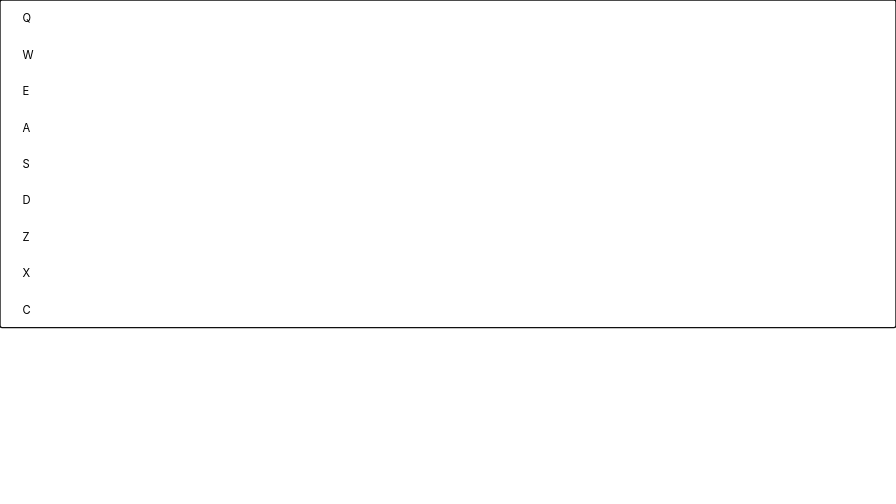
Repository: milac0/drum-machine
Page: /
The author's editor kept a copy of each file at every save. The page is drawn from the files as they stood at one save, then again after the next save.
The browser window is 1280 px wide. The pictures show the part of the page from y = 0 to 1920 px (the page is 720 px tall before and 3060 px after), at 70% of full size.
The project was rebuilt for these pictures with package versions that can differ from the ones it lists, and the page was loaded fresh each time.

Above is the page before, as saved 2019-10-25 17:18:04.

### public/index.html
<!DOCTYPE html>
<html lang="en">
  <head>
    <meta charset="utf-8" />
    <link rel="shortcut icon" href="%PUBLIC_URL%/favicon.ico" />
    <meta name="viewport" content="width=device-width, initial-scale=1" />
    <meta name="theme-color" content="#000000" />
    <!--
      manifest.json provides metadata used when your web app is installed on a
      user's mobile device or desktop. See https://developers.google.com/web/fundamentals/web-app-manifest/
    -->
    <link rel="manifest" href="%PUBLIC_URL%/manifest.json" />
    <!--
      Notice the use of %PUBLIC_URL% in the tags above.
      It will be replaced with the URL of the `public` folder during the build.
      Only files inside the `public` folder can be referenced from the HTML.

      Unlike "/favicon.ico" or "favicon.ico", "%PUBLIC_URL%/favicon.ico" will
      work correctly both with client-side routing and a non-root public URL.
      Learn how to configure a non-root public URL by running `npm run build`.
    -->
    <title>Drum Machine</title>
  </head>
  <body>
    <noscript>You need to enable JavaScript to run this app.</noscript>
    <div id="root"></div>
    <!--
      This HTML file is a template.
      If you open it directly in the browser, you will see an empty page.

      You can add webfonts, meta tags, or analytics to this file.
      The build step will place the bundled scripts into the <body> tag.

      To begin the development, run `npm start` or `yarn start`.
      To create a production bundle, use `npm run build` or `yarn build`.
    -->
    <script src="https://cdn.freecodecamp.org/testable-projects-fcc/v1/bundle.js"></script>
  </body>
</html>

### src/index.css
html {
  height: 100%;
}

body {
  margin: 0;
  padding: 0;
  height: 100%;
  min-height: 100%;
  width: 100%;
  font-family: -apple-system, BlinkMacSystemFont, "Segoe UI", "Roboto", "Oxygen",
    "Ubuntu", "Cantarell", "Fira Sans", "Droid Sans", "Helvetica Neue",
    sans-serif;
  -webkit-font-smoothing: antialiased;
  -moz-osx-font-smoothing: grayscale;
}
#root{
  height: 100%;
}
code {
  font-family: source-code-pro, Menlo, Monaco, Consolas, "Courier New",
    monospace;
}

### src/App.js
import React, { Fragment } from "react";
import "./App.css";
import DrumPad from "./Components/DrumPad";

class App extends React.Component {
  constructor(props) {
    super(props);
    this.references = {};
    this.state = { display: "" };
    this.keyPressRef = React.createRef();
    this.handleClick = this.handleClick.bind(this);
    this.handleKeyDown = this.handleKeyDown.bind(this);
    this.getOrCreateRef = this.getOrCreateRef.bind(this);
    this.setDisplay = this.setDisplay.bind(this);
  }

  componentDidMount() {
    this.keyPressRef.current.focus();
  }

  handleClick = id => {
    // console.log(this.references[id].current);
    this.references[id].current.play();
    this.references[id].current.currentTime = 0;
    this.setDisplay(id);
  };

  handleKeyDown = e => {
    if (this.references.hasOwnProperty(e.key.toUpperCase())) {
      this.references[e.key.toUpperCase()].current.play();
      this.references[e.key.toUpperCase()].current.currentTime = 0;
    }
    this.setDisplay(e.key.toUpperCase());
  };

  setDisplay(id) {
    let display;
    try {
      display = drums.filter(elem => elem.id === id)[0].text;
    } catch {
      display = this.state.display;
    }
    console.log(display);
    this.setState({ display });
  }

  getOrCreateRef(id) {
    if (!this.references.hasOwnProperty(id)) {
      return (this.references[id] = React.createRef());
    } else return this.references[id];
  }

  render() {
    return (
      <Fragment>
      <div
        id="drum-machine"
        ref={this.keyPressRef}
        onKeyDown={this.handleKeyDown}
        tabIndex="0"
      >


        {/* <div id="drum-pads"> */}
          {drums.map((elem, i) => (
            <DrumPad
              name={elem.text}
              ref={this.getOrCreateRef(elem.id)}
              clickHandler={this.handleClick}
              id={elem.id}
              src={elem.src}
              key={i}
            />
          ))}
        {/* </div> */}
      </div>
      <p id="display">{this.state.display}</p>
      </Fragment>
    );
  }
}

const drums = [
  {
    id: "Q",
    text: "hit the nail",
    src:
      "https://sampleswap.org/samples-ghost/DRUMS%20(SINGLE%20HITS)/Kicks/16[kb]808bd.aif.mp3"
  },
  {
    id: "W",
    text: "badong",
    src:
      "https://sampleswap.org/samples-ghost/DRUMS%20(SINGLE%20HITS)/Kicks/152[kb]808bd3.aif.mp3"
  },
  {
    id: "E",
    text: "stop kick",
    src:
      "https://sampleswap.org/samples-ghost/DRUMS%20(SINGLE%20HITS)/Kicks/15[kb]808bd2.aif.mp3"
  },
  {
    id: "A",
    text: "pang",
    src:
      "https://sampleswap.org/samples-ghost/DRUMS%20(SINGLE%20HITS)/Kicks/152[kb]808distbd.aif.mp3"
  },
  {
    id: "S",
    text: "boing",
    src:
      "https://sampleswap.org/samples-ghost/DRUMS%20(SINGLE%20HITS)/Kicks/67[kb]808sub.aif.mp3"
  },
  {
    id: "D",
    text: "absolute insane kikdrum",
    src:
      "https://sampleswap.org/samples-ghost/DRUMS%20(SINGLE%20HITS)/Kicks/69[kb]absolutely-insane-kikdrum.wav.mp3"
  },
  {
    id: "Z",
    text: "absurdistan kick",
    src:
      "https://sampleswap.org/samples-ghost/DRUMS%20(SINGLE%20HITS)/Kicks/34[kb]absurdistan-kick.wav.mp3"
  },
  {
    id: "X",
    text: "backwards in crash",
    src:
      "https://sampleswap.org/samples-ghost/DRUMS%20(SINGLE%20HITS)/Gongs%20and%20Super%20Crashes/61[kb]backwards-in-crash.aif.mp3"
  },
  {
    id: "C",
    text: "cymbals",
    src:
      "https://sampleswap.org/samples-ghost/DRUMS%20(SINGLE%20HITS)/Cymbals/100[kb]curiouscym1.aif.mp3"
  }
];

export default App;

### src/App.css
/* #drum-pads {
  max-width: 40%;
  height: auto;
  margin: 0 auto;
  padding: 10px;
  position: relative;
  margin: 0 auto;
  align-self: auto;
  display: inline-grid;
} */

.drum-machine {
  display: grid;
}

.drum-pad {
  padding: 1em 2em;
}

/* #display {
  margin: 0 auto;
  height: 30px;
  width: 200px;
  padding: 10px;
  background: #FDC8C8;
  text-align: center;
}

.drum-pad {
  width: 240px;
  text-align: center;
  border: 1px solid black;
  padding: 1rem 1.5rem;
}

#W {
  grid-column-start: 2;
  grid-column-end: 3;
}

#E {
  grid-column-start: 3;
  grid-column-end: 4;
}

.drum-pad:hover {
  cursor: pointer;
} */

### src/Components/DrumPad.js
import React from "react";

const DrumPad = React.forwardRef((props, ref) => (
  <div
    className="drum-pad"
    id={props.id}
    onClick={() => props.clickHandler(props.id)}
    text={props.name}
  >
    {props.id}
    <audio ref={ref} src={props.src} className="clip" id={props.id}></audio>
  </div>
));

export default DrumPad;

Loaded but not shown: src/index.js (common file)

After the next save:
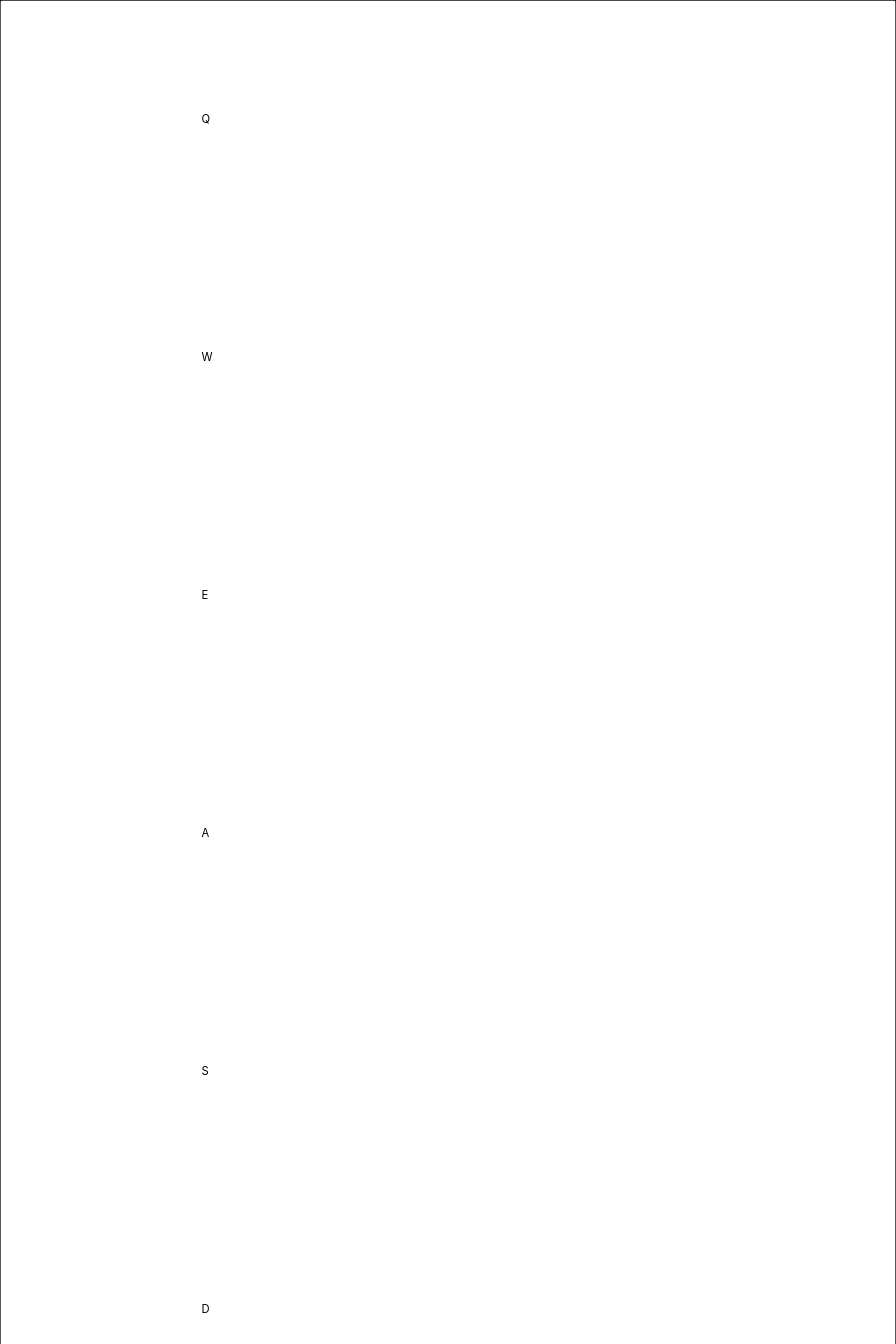
Saved 7 s later.
--- a/src/App.css
+++ b/src/App.css
@@ -14,7 +14,7 @@
 }
 
 .drum-pad {
-  padding: 1em 2em;
+  padding: 10em 18em;
 }
 
 /* #display {
